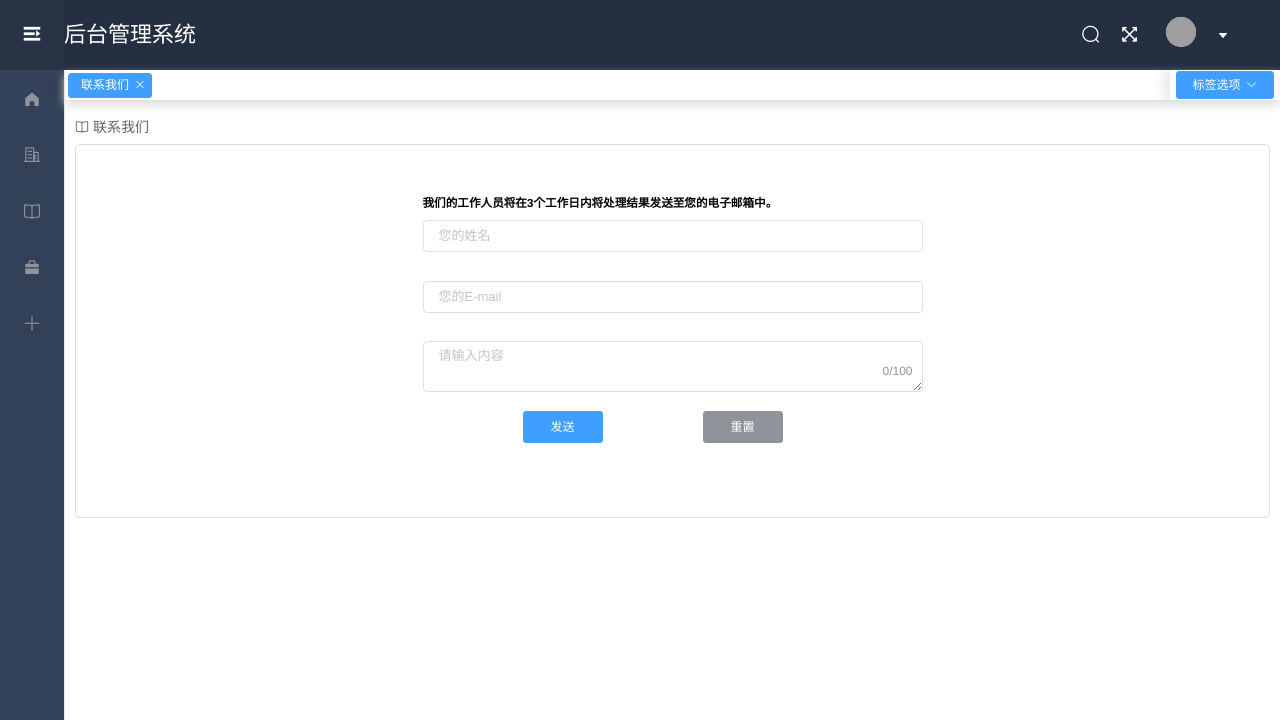
Repository: hitabullet/Student-Dormitory-Manager-System
Page: /#/email (app in dormitory-back-end/)
These files come from the project's save history. The page is drawn as it stood at one moment and after the next save; the edit follows.
The browser window is 1280 px wide. The pictures show the whole page.
Pictures or frames that could not be fetched are drawn as grey boxes. The project was rebuilt for these pictures with package versions that can differ from the ones it lists, and the page was loaded fresh each time. Also part of the build but not shown: dormitory-back-end/vue.config.js, dormitory-back-end/src/assets/css/icon.css.

Above is the page before, as saved 2020-10-23 10:52:22.

After the next save:
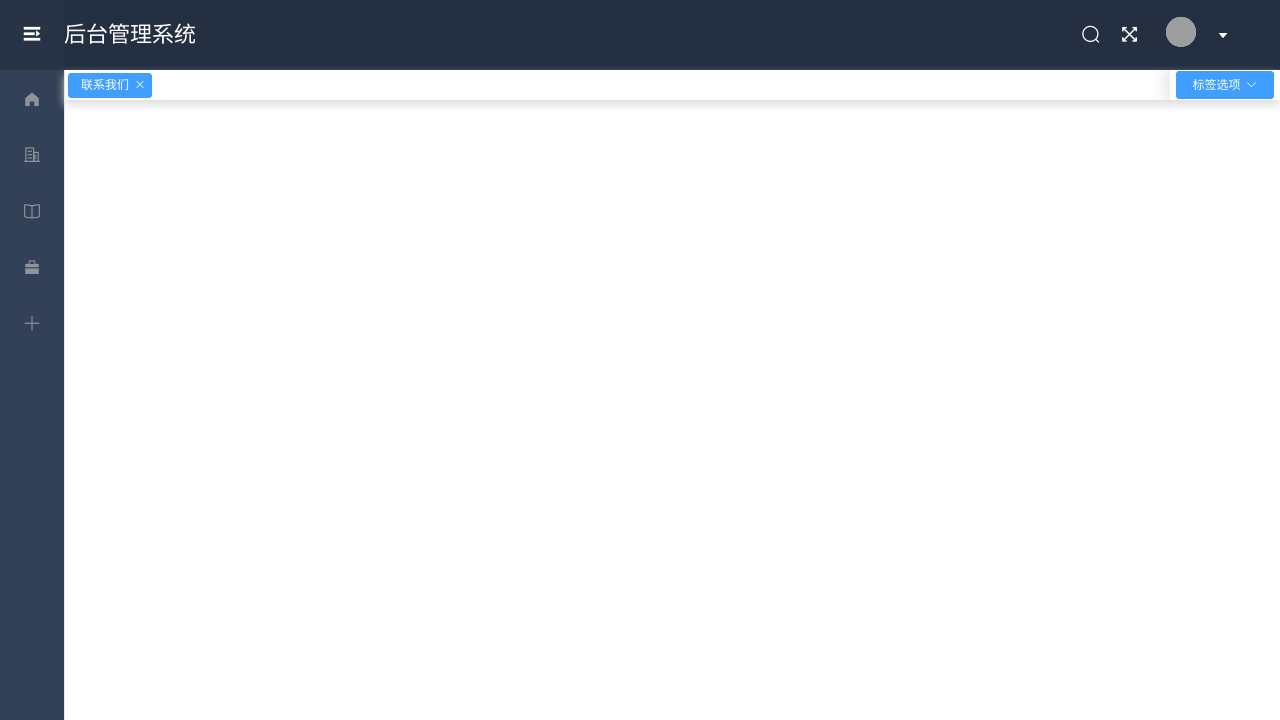
Saved 95 s later.
--- a/dormitory-back-end/src/views/Email.vue
+++ b/dormitory-back-end/src/views/Email.vue
@@ -1,7 +1,7 @@
 <!--
  * @Author: your name
  * @Date: 2020-10-22 11:45:29
- * @LastEditTime: 2020-10-23 10:52:22
+ * @LastEditTime: 2020-10-23 10:53:57
  * @LastEditors: Please set LastEditors
  * @Description: In User Settings Edit
  * @FilePath: \airplane\src\views\Email.vue
@@ -49,7 +49,7 @@
             }
         };
         return {
-            Mail: {
+            MailFrom: {
                 subject: '',
                 receiver: '',
                 text: ''

After the 5 saves that followed:
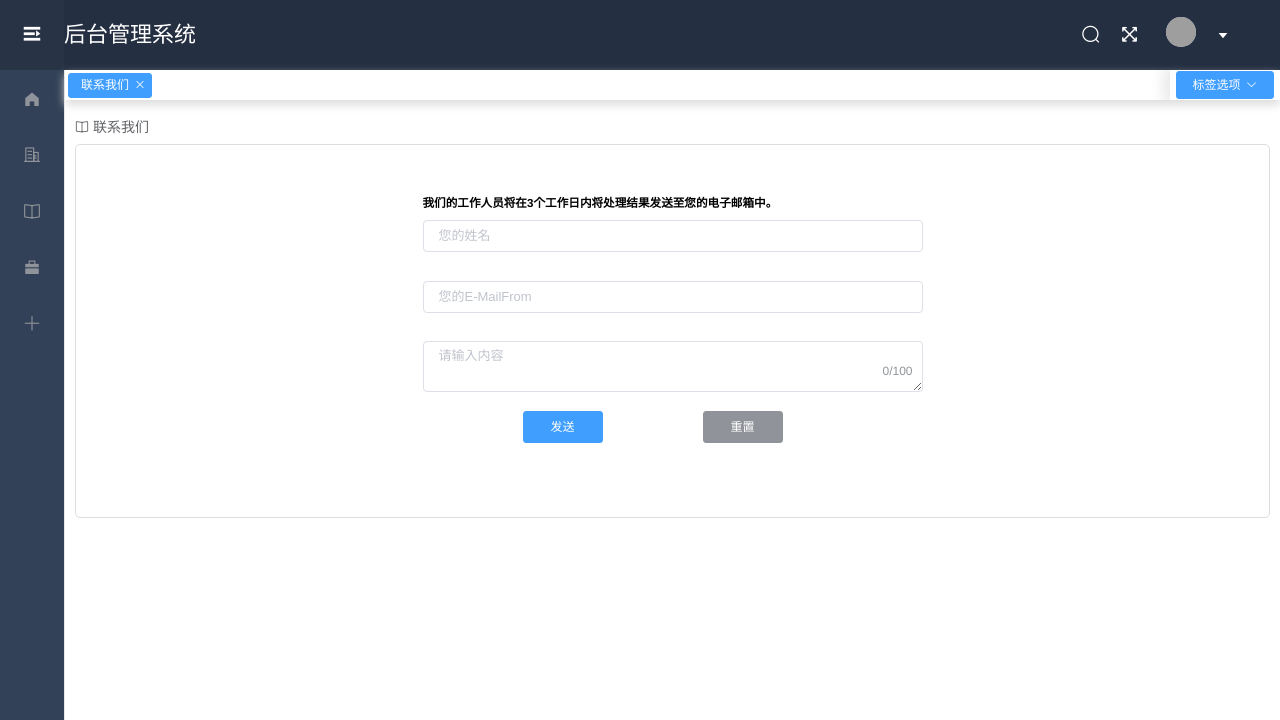
The 5 saves are shown as one change because 4 left the picture as it was.
The last was saved 50 s later.
--- a/dormitory-back-end/src/views/Email.vue
+++ b/dormitory-back-end/src/views/Email.vue
@@ -1,10 +1,10 @@
 <!--
  * @Author: your name
  * @Date: 2020-10-22 11:45:29
- * @LastEditTime: 2020-10-23 10:53:57
+ * @LastEditTime: 2020-10-23 10:54:47
  * @LastEditors: Please set LastEditors
  * @Description: In User Settings Edit
- * @FilePath: \airplane\src\views\Email.vue
+ * @FilePath: \airplane\src\views\EMailFrom.vue
 -->
 <template>
     <div>
@@ -14,22 +14,22 @@
             </el-breadcrumb>
         </div>
         <div class="container">
-            <el-form :model="Mail" status-icon ref="SendEmail" :rules="rules" style="width: 500px; height: 300px; margin: 12px auto auto">
+            <el-form :model="MailFromFrom" status-icon ref="MailFromFrom" :rules="rules" style="width: 500px; height: 300px; margin: 12px auto auto">
                 <el-form-item prop="subject">
                     <h5 style="text-align: left">我们的工作人员将在3个工作日内将处理结果发送至您的电子邮箱中。</h5>
-                    <el-input placeholder="您的姓名" v-model="Mail.subject" clearable></el-input>
+                    <el-input placeholder="您的姓名" v-model="MailFrom.subject" clearable></el-input>
                 </el-form-item>
                 <el-form-item prop="receiver">
-                    <el-input placeholder="您的E-mail" v-model="Mail.receiver" clearable></el-input>
+                    <el-input placeholder="您的E-MailFrom" v-model="MailFrom.receiver" clearable></el-input>
                 </el-form-item>
 
                 <el-form-item prop="text">
-                    <el-input type="textarea" placeholder="请输入内容" v-model="Mail.text" maxlength="100" show-word-limit />
+                    <el-input type="textarea" placeholder="请输入内容" v-model="MailFrom.text" maxlength="100" show-word-limit />
                 </el-form-item>
                 <el-form-item>
-                    <el-button type="primary" @click="submit('SendEmail')">发送</el-button>
+                    <el-button type="primary" @click="submit('SendEMailFrom')">发送</el-button>
 
-                    <el-button type="info" @click="resetForm('SendEmail')">重置</el-button>
+                    <el-button type="info" @click="resetForm('SendEMailFrom')">重置</el-button>
                 </el-form-item>
             </el-form>
         </div>
@@ -69,7 +69,7 @@
         submit(fromName) {
             this.$refs[formName].validate(valid => {
                 if (valid) {
-                    this.$axios.post('/api/mail/sendMail', this.Mail).then((response) => {
+                    this.$axios.post('/api/MailFrom/sendMailFrom', this.MailFromFrom).then((response) => {
                         if (response.data === 'success') {
                             this.$message({
                                 showClose: false,
@@ -77,7 +77,7 @@
                                 type: 'success'
                             });
                         }
-                        this.resetForm('SendEmail');
+                        this.resetForm('SendEMailFrom');
                     });
                 }
             });
